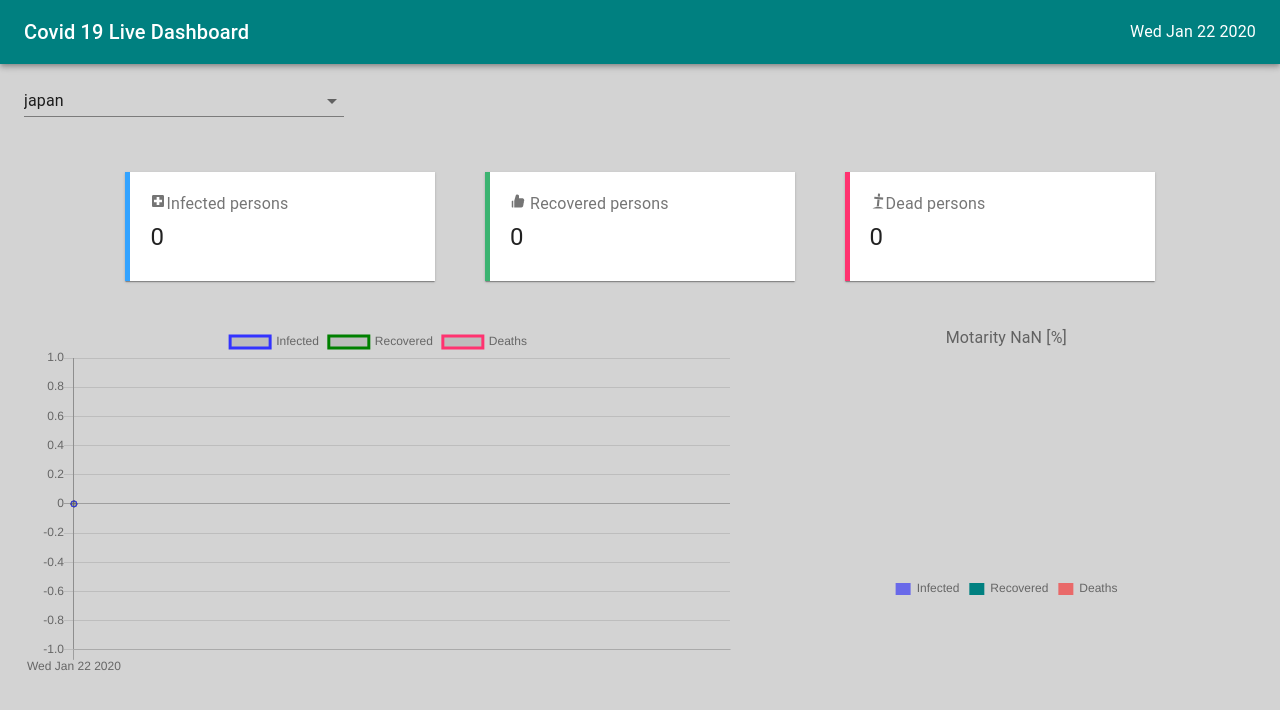
Repository: ShunsukeTanizaki/covid_dashboard
Page: /
The author's editor kept a copy of each file at every save. The page is drawn from the files as they stood at one save, then again after the next save.
The browser window is 1280 px wide. The pictures show the whole page.
The page's requests for data from a server got no answer. The project was rebuilt for these pictures with package versions that can differ from the ones it lists, and the page was loaded fresh each time. No one was signed in, and anything a server would have sent is missing. Also part of the build but not shown: src/App.css, src/features/covid/DashBoard/DashBoard.module.css.

Above is the page before, as saved 2021-02-11 01:23:21.

### src/index.css
body {
    margin: 0;
    background-color: rgb(211, 211, 211);
    font-family: -apple-system, BlinkMacSystemFont, 'Segoe UI', 'Roboto', 'Oxygen',
        'Ubuntu', 'Cantarell', 'Fira Sans', 'Droid Sans', 'Helvetica Neue',
        sans-serif;
    -webkit-font-smoothing: antialiased;
    -moz-osx-font-smoothing: grayscale;
}

code {
    font-family: source-code-pro, Menlo, Monaco, Consolas, 'Courier New',
        monospace;
}

### src/App.tsx
import React from 'react';
import './App.css';
import DashBoard from './features/covid/DashBoard/DashBoard';


function App() {
    return <DashBoard />
}

export default App;

### src/app/store.ts
import { configureStore, ThunkAction, Action } from '@reduxjs/toolkit';
import covidReducer from '../features/covid/covidSlice';

export const store = configureStore({
    reducer: {
        covid: covidReducer,
    },
});

export type RootState = ReturnType<typeof store.getState>;
export type AppThunk<ReturnType = void> = ThunkAction<
    ReturnType,
    RootState,
    unknown,
    Action<string>
>;

### src/features/covid/DashBoard/DashBoard.tsx
import React, { useEffect } from "react";

import {
    makeStyles,
    createMuiTheme,
    MuiThemeProvider,
} from "@material-ui/core/styles";
import {
    AppBar,
    Toolbar,
    Typography,
    Container,
    Grid,
} from "@material-ui/core";
import styles from "./DashBoard.module.css";

import { useSelector } from "react-redux";
import { useDispatch } from "react-redux";

import { selectDaily, fetchAsyncGetDaily } from "../covidSlice";
import SwitchCountry from "../SwitchCountry/SwitchCountry";
import Cards from "../Cards/Cards";
import Chart from "../Chart/Chart";
import PieChart from "../PieChart/PieChart";
const theme = createMuiTheme({
    palette: {
        secondary: {
            main: "#008080",
        },
    },
});
const useStyles = makeStyles((theme) => ({
    title: {
            flexGrow: 1,
    },
        content: {
            marginTop: 85,
    },
}));

const DashBoard: React.FC = () => {
    const classes = useStyles();
    const dispatch = useDispatch();
    const daily = useSelector(selectDaily);

    useEffect(() => {
        dispatch(fetchAsyncGetDaily("japan"));
    }, [dispatch]);

    return (
        <MuiThemeProvider theme={theme}>
            <div>
                <AppBar color="secondary" position="absolute">
                    <Toolbar>
                        <Typography variant="h6" className={classes.title}>
                            Covid 19 Live Dashboard
                        </Typography>
                        <div>
                            <Typography variant="body1">
                                {new Date(daily[daily.length - 1].Date).toDateString()}
                            </Typography>
                        </div>
                    </Toolbar>
                </AppBar>

                <Container className={classes.content}>
                    <div className={styles.container}>
                        <SwitchCountry />
                    </div>
                    <Grid container spacing={3}>
                        <Grid item xs={12} md={12}>
                            <Cards />
                        </Grid>
                        <Grid item xs={12} md={7}>
                            <Chart />
                        </Grid>
                        <Grid item xs={12} md={5}>
                            <PieChart />
                        </Grid>
                    </Grid>
                </Container>
            </div>
        </MuiThemeProvider>
    );
};

export default DashBoard;

### src/features/covid/covidSlice.ts
import { createSlice, createAsyncThunk } from "@reduxjs/toolkit";
import axios from "axios";
import { RootState } from "../../app/store";
import dataDaily from "./apiDataDaily.json";
const apiUrl = "https://api.covid19api.com/total/country";

type DATADAILY = typeof dataDaily;

type covidState = {
    daily: DATADAILY;
    country: string;
};

const initialState: covidState = {
    daily: dataDaily,
    country: "Japan",
};

export const fetchAsyncGetDaily = createAsyncThunk(
    "covid/getDaily",
    async (country: string) => {
            const { data } = await axios.get<DATADAILY>(`${apiUrl}/${country}`);
            return { data: data, country: country };
    }
);

const covidSlice = createSlice({
    name: "covid",
    initialState: initialState,
    reducers: {},
    extraReducers: (builder) => {
        builder.addCase(fetchAsyncGetDaily.fulfilled, (state, action) => {
        return {
                ...state,
                daily: action.payload.data,
                country: action.payload.country,
            };
        });
    },
});

export const selectDaily = (state: RootState) => state.covid.daily;
export const selectCountry = (state: RootState) => state.covid.country;

export default covidSlice.reducer;

### src/features/covid/SwitchCountry/SwitchCountry.tsx
import React from 'react'
import { makeStyles } from '@material-ui/core/styles';
import { NativeSelect, FormControl } from '@material-ui/core';
import { useDispatch } from 'react-redux';
import { fetchAsyncGetDaily } from '../covidSlice';


const useStyles = makeStyles((theme) => ({
    formControl: {
        marginBottom: theme.spacing(3),
        minWidth: 320
    }
}))

const SwitchCountry: React.FC = () => {
    const classes = useStyles();
    const dispatch = useDispatch();

    const countries = [
        "japan",
        "china",
        "us",
        "france",
        "italy",
        "spain",
        "united kingdom",
        "germany",
        "russia",
        "brazil",
        "taiwan",
        "thailand",
        "new zealand",
        "sweden",
        "india"
    ];

    return (
        <FormControl className={classes.formControl}>
            <NativeSelect
                onChange={(e: React.ChangeEvent<HTMLSelectElement>) =>
                    dispatch(fetchAsyncGetDaily(e.target.value))
                }
            >
                {/* <option value="">Worldwide</option> */}
                {countries.map((country, i) => (
                    <option key={i} value={country}>
                        {country}
                    </option>
                ))}
            </NativeSelect>
        </FormControl>
    )
}

export default SwitchCountry;

### src/features/covid/Cards/Cards.tsx
import React from "react";
import styles from "./Cards.module.css";
import CountUp from "react-countup";
import { Card, CardContent, Typography, Grid } from "@material-ui/core";

import { GiHastyGrave } from "react-icons/gi";
import { MdLocalHospital } from "react-icons/md";
import { AiFillLike } from "react-icons/ai";

import { useSelector } from "react-redux";
import { selectDaily } from "../covidSlice";

const Cards: React.FC = () => {
    const daily = useSelector(selectDaily);
    return (
        <div className={styles.container}>
            <Grid container spacing={1} justify="center">
                <Grid item xs={12} md={3} component={Card} className={styles.infected}>
                    <CardContent>
                        <Typography color="textSecondary" gutterBottom>
                            <MdLocalHospital />
                            Infected persons
                            </Typography>
                        <Typography variant="h5">
                            <CountUp
                                start={0}
                                end={daily[daily.length - 1].Confirmed}
                                duration={1.5}
                                separator=","
                            />
                        </Typography>
                    </CardContent>
                </Grid>
                <Grid item xs={12} md={3} component={Card} className={styles.recovered}>
                    <CardContent>
                        <Typography color="textSecondary" gutterBottom>
                            <AiFillLike /> Recovered persons
                        </Typography>
                        <Typography variant="h5">
                            <CountUp
                                start={0}
                                end={daily[daily.length - 1].Recovered}
                                duration={1.5}
                                separator=","
                            />
                        </Typography>
                    </CardContent>
                </Grid>
                <Grid item xs={12} md={3} component={Card} className={styles.deaths}>
                    <CardContent>
                        <Typography color="textSecondary" gutterBottom>
                            <GiHastyGrave />
                            Dead persons
                        </Typography>
                        <Typography variant="h5">
                            <CountUp
                                start={0}
                                end={daily[daily.length - 1].Deaths}
                                duration={1.5}
                                separator=","
                            />
                        </Typography>
                    </CardContent>
                </Grid>
            </Grid>
        </div>
    );
};

export default Cards;

### src/features/covid/Chart/Chart.tsx
import React from "react";
import styles from "./Chart.module.css";
import { Line } from "react-chartjs-2";

import { useSelector } from "react-redux";
import { selectDaily } from "../covidSlice";

const Chart: React.FC = () => {
    const daily = useSelector(selectDaily);
    const dates = daily.map(({ Date }) => Date);

    const lineChart = daily[0] && (
        <Line
        data={{
            labels: dates.map((date) => new Date(date).toDateString()),

            datasets: [
                {
                    data: daily.map((data) => data.Confirmed),
                    label: "Infected",
                    borderColor: "#3333ff",
                    showLine: false,
                },
                {
                    data: daily.map((data) => data.Recovered),
                    label: "Recovered",
                    borderColor: "green",
                    showLine: false,
                },
                {
                    data: daily.map((data) => data.Deaths),
                    label: "Deaths",
                    borderColor: "#ff3370",
                    showLine: false,
                },
            ],
        }}
        />
    );

    return <div className={styles.container}>{lineChart}</div>;
};

export default Chart;

### src/features/covid/PieChart/PieChart.tsx
import React from "react";
import { Typography } from "@material-ui/core";
import { Doughnut } from "react-chartjs-2";

import { useSelector } from "react-redux";
import { selectDaily } from "../covidSlice";

const PieChart: React.FC = () => {
    const daily = useSelector(selectDaily);

    const motality =
        (100 * daily[daily.length - 1].Deaths) / daily[daily.length - 1].Confirmed;

    const pieChart = daily[0] && (
        <Doughnut
        data={{
                labels: ["Infected", "Recovered", "Deaths"],
                datasets: [
                    {
                        data: [
                            daily[daily.length - 1].Confirmed,
                            daily[daily.length - 1].Recovered,
                            daily[daily.length - 1].Deaths,
                        ],
                        backgroundColor: [
                            "rgba(0, 0, 255, 0.5)",
                            "#008080",
                            "rgba(255, 0, 0, 0.5)",
                        ],
                        hoverBackgroundColor: ["#36A2EB", "#3cb371", "#FF6384"],
                        borderColor: ["transparent", "transparent", "transparent"],
                    },
                ],
            }}
            options={{
                legend: {
                    position: "bottom",
                    labels: {
                        boxWidth: 15,
                    },
                },
            }}
        />
    );

    return (
        <>
        <Typography align="center" color="textSecondary" gutterBottom>
            Motarity {motality.toFixed(2)} [%]
        </Typography>
        {pieChart}
        </>
    );
};

export default PieChart;

### src/features/covid/apiDataDaily.json

[
    {
        "Country": "Japan",
        "CountryCode": "",
        "Province": "",
        "City": "",
        "CityCode": "",
        "Lat": "0",
        "Lon": "0",
        "Confirmed": 0,
        "Deaths": 0,
        "Recovered": 0,
        "Active": 0,
        "Date": "2020-01-22T00:00:00Z"
    }
]

### src/features/covid/Cards/Cards.module.css
.container {
    display: flex;
    flex-direction: column;
    align-items: center;
    margin-top: 10px;
}

.infected {
    border-left: 5px solid #33a3ff;
    border-radius: 0% !important;
    margin: 2% 2% !important;
}

.recovered {
    border-left: 5px solid #3cb371;
    border-radius: 0% !important;
    margin: 2% 2% !important;
}

.deaths {
    border-left: 5px solid #ff3370;
    border-radius: 0% !important;
    margin: 2% 2% !important;
}

### src/features/covid/Chart/Chart.module.css
.container {
    display: flex;
    justify-content: center;
    flex-direction: column;
    align-items: center;
}

Loaded but not shown: public/index.html (common file); src/index.tsx (common file); src/serviceWorker.ts (common file)

After the next save:
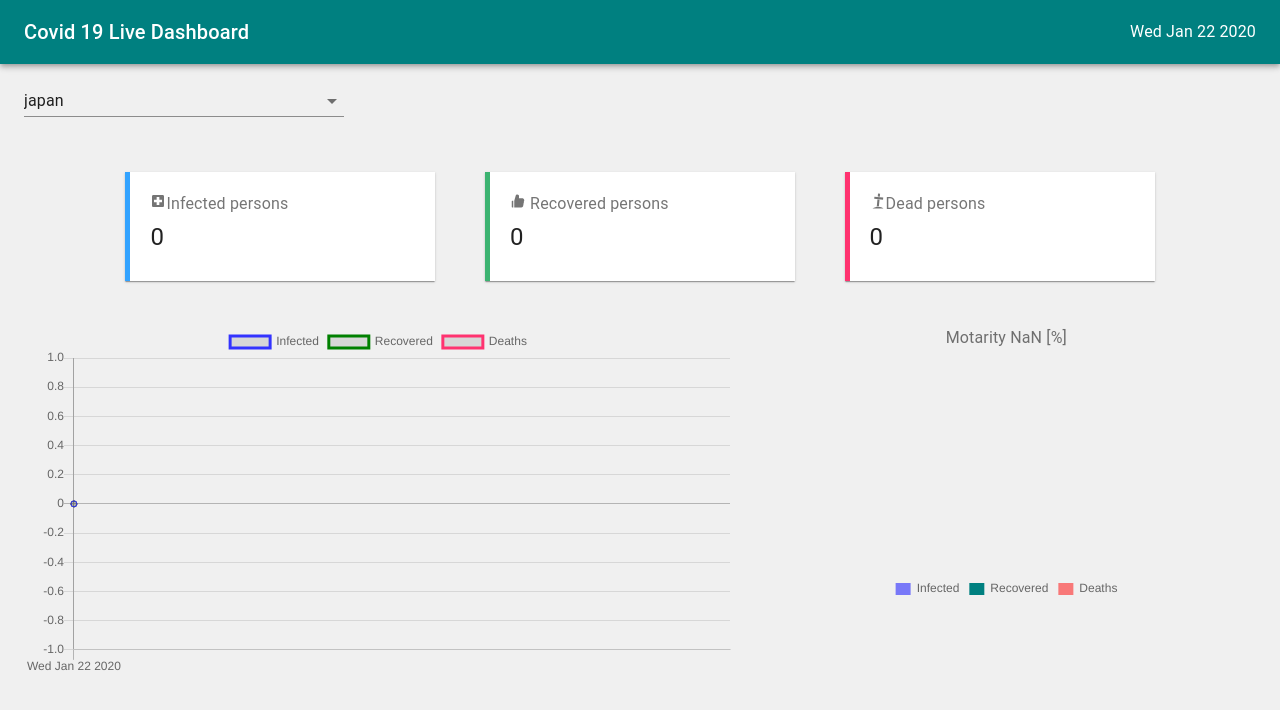
Saved 30 s later.
--- a/src/index.css
+++ b/src/index.css
@@ -1,6 +1,6 @@
 body {
     margin: 0;
-    background-color: rgb(211, 211, 211);
+    background-color: rgb(240, 240, 240);
     font-family: -apple-system, BlinkMacSystemFont, 'Segoe UI', 'Roboto', 'Oxygen',
         'Ubuntu', 'Cantarell', 'Fira Sans', 'Droid Sans', 'Helvetica Neue',
         sans-serif;
